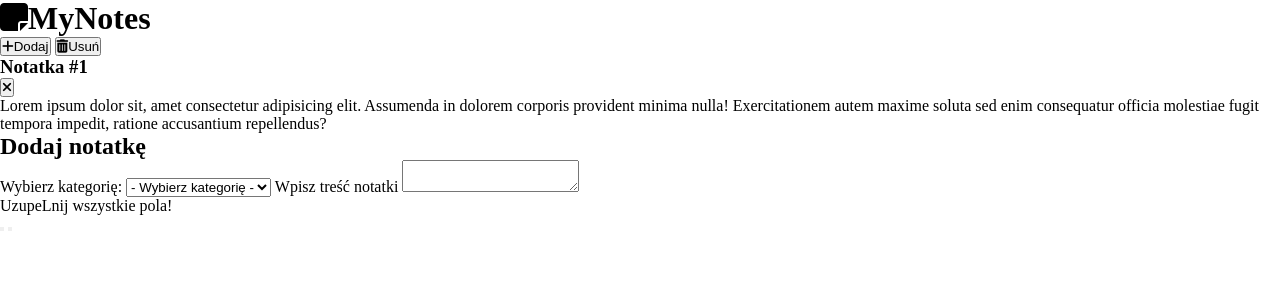
Repository: KrzysKolo/Projekt-7_Notes
Page: js/index.html
These files come from the project's save history. The page is drawn as it stood at one moment and after the next save; the edit follows.
The browser window is 1280 px wide. The pictures show the whole page.
Some web libraries are served in a nearby version.

Above is the page before, as saved 2020-07-07 13:09:04.
Console error: SyntaxError: Unexpected token '<'

### js/index.html
<!DOCTYPE html>
<html lang="en">
  <head>
    <meta charset="UTF-8" />
    <meta name="viewport" content="width=device-width, initial-scale=1.0" />
    <title>projekt 6 - My notes</title>
    <script
      src="https://kit.fontawesome.com/21efeaf281.js"
      crossorigin="anonymous"
    ></script>
    <link
      href="https://fonts.googleapis.com/css2?family=Montserrat:wght@100&display=swap"
      rel="stylesheet"
    />
    <link rel="stylesheet" href="./../css/style.css" />
  </head>
  <body>
    <div class="menu">
      <h1><i class="fas fa-sticky-note"></i>MyNotes</h1>
      <div class="menu-buttons">
        <button class="add icon"><i class="fas fa-plus"></i>Dodaj</button>
        <button class="delete-all icon">
          <i class="fas fa-trash-alt"></i>Usuń
        </button>
      </div>
    </div>

    <div class="note-area">
      <div class="note">
        <div class="note-header">
          <h3 class="note-title">Notatka #1</h3>
          <button class="delete-note"><i class="fas fa-times icon"></i></button>
        </div>

        <div class="note-body">
          Lorem ipsum dolor sit, amet consectetur adipisicing elit. Assumenda in
          dolorem corporis provident minima nulla! Exercitationem autem maxime
          soluta sed enim consequatur officia molestiae fugit tempora impedit,
          ratione accusantium repellendus?
        </div>
      </div>
    </div>

    <div class="note-panel">
      <h2>Dodaj notatkę</h2>
      <label for="category">Wybierz kategorię: </label>
      <select id="category">
        <option value="0" disabled selected>- Wybierz kategorię -</option>
        <option value="1">Praca</option>
        <option value="2">Dom</option>
        <option value="3">Zakupy</option>
        <option value="4">Inne</option>
      </select>

      <label for="text">Wpisz treść notatki</label>
      <textarea id="text"></textarea>

      <p class="error">UzupeLnij wszystkie pola!</p>
      <div class="panel-buttons">
        <button class="save icon"></button>
        <button class="cancel icon"></button>
      </div>
    </div>
    <script src="./../js/index.html"></script>
  </body>
</html>

Loaded but not shown: css/style.css (common file)

After the next save:
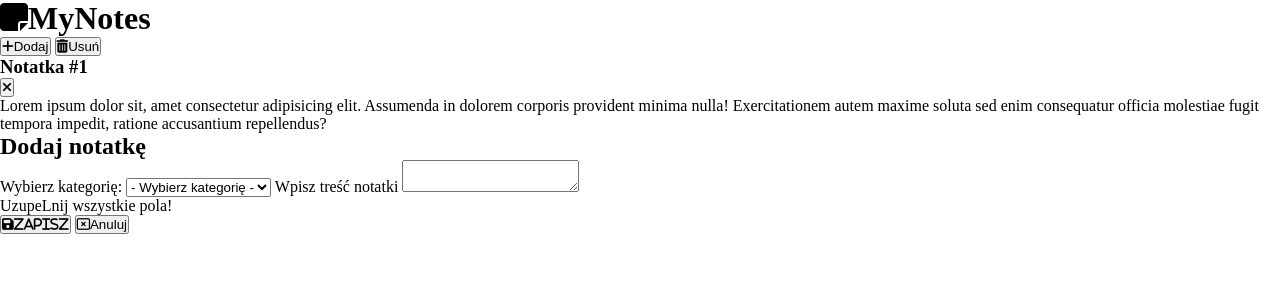
Saved 2 min 25 s later.
--- a/js/index.html
+++ b/js/index.html
@@ -57,8 +57,10 @@
 
       <p class="error">UzupeLnij wszystkie pola!</p>
       <div class="panel-buttons">
-        <button class="save icon"></button>
-        <button class="cancel icon"></button>
+        <button class="save icon"><i class="fas fa-save">Zapisz</i></button>
+        <button class="cancel icon">
+          <i class="far fa-window-close"></i>Anuluj
+        </button>
       </div>
     </div>
     <script src="./../js/index.html"></script>
